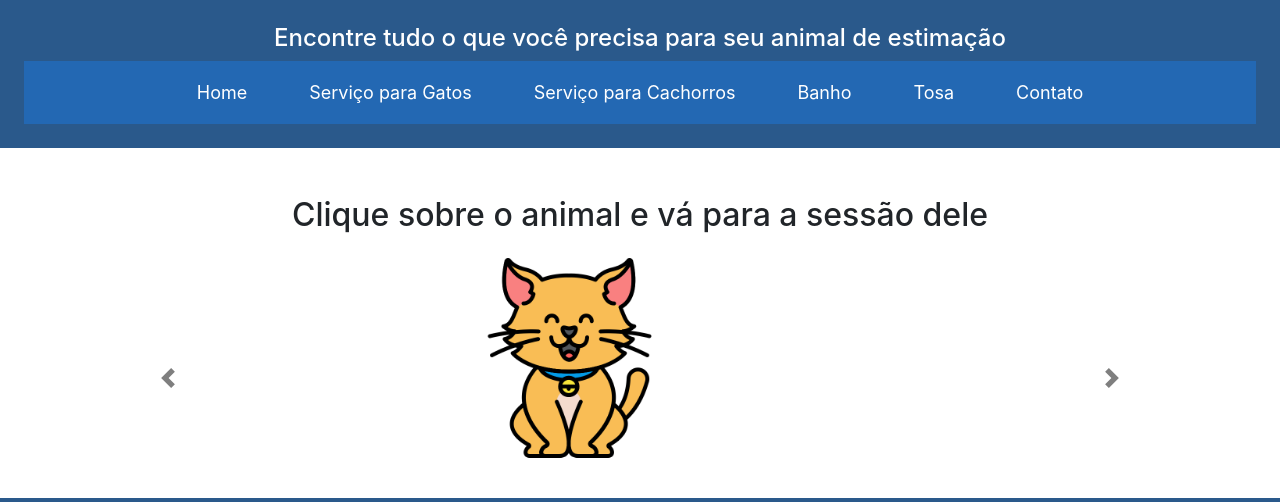
Repository: graeff01/petshop-project
Page: index.html
These files come from the project's save history. The page is drawn as it stood at one moment and after the next save; the edit follows.
The browser window is 1280 px wide. The pictures show the part of the page from y = 0 to 502 px (the page is 1682 px tall before and 1762 px after).
A picture or video elsewhere on the page could not be fetched, so the positions and the page height are approximate.

Above is the page before, as saved 2024-09-18 11:27:27.

### index.html
<!DOCTYPE html>
<html lang="pt-br">
<head>
    <meta charset="UTF-8">
    <meta name="viewport" content="width=device-width, initial-scale=1.0">
    <title>PetShop - Home</title>
    <link rel="stylesheet" href="css/style.css">
    <link href="https://maxcdn.bootstrapcdn.com/bootstrap/4.5.2/css/bootstrap.min.css" rel="stylesheet">
</head>
<body>
    <!-- Cabeçalho com menu de navegação -->
    <header class="blue-background text-center p-4">
        <h1>Encontre tudo o que você precisa para seu animal de estimação</h1>
        <nav>
            <ul class="nav justify-content-center">
                <li class="nav-item">
                    <a class="nav-link active" href="index.html">Home</a>
                </li>
                <li class="nav-item">
                    <a class="nav-link" href="gato.html">Serviço para Gatos</a>
                </li>
                <li class="nav-item">
                    <a class="nav-link" href="dog.html">Serviço para Cachorros</a>
                </li>
                <li class="nav-item">
                    <a class="nav-link" href="banho.html">Banho</a>
                </li>
                <li class="nav-item">
                    <a class="nav-link" href="tosa.html">Tosa</a>
                </li>
                <li class="nav-item">
                    <a class="nav-link" href="contato.html">Contato</a>
                </li>
            </ul>
        </nav>
    </header>


<!-- Seção com título explicativo -->
<section class="carousel-section container mt-5">
    <h2 class="text-center mb-4">Clique sobre o animal e vá para a sessão dele</h2> <!-- Título centralizado -->

    <!-- Carrossel de Imagens -->
    <div id="carouselExampleIndicators" class="carousel slide" data-ride="carousel">
        <div class="carousel-inner">
            <div class="carousel-item active">
                <a href="gato.html">
                    <img class="d-block w-100" src="img/cat.png" alt="Primeira imagem">
                </a>
            </div>
            <div class="carousel-item">
                <a href="dog.html">
                    <img class="d-block w-100" src="img/dog.png" alt="Segunda imagem">
                </a>
            </div>
        </div>
        <a class="carousel-control-prev" href="#carouselExampleIndicators" role="button" data-slide="prev">
            <span class="carousel-control-prev-icon" aria-hidden="true"></span>
            <span class="sr-only">Previous</span>
        </a>
        <a class="carousel-control-next" href="#carouselExampleIndicators" role="button" data-slide="next">
            <span class="carousel-control-next-icon" aria-hidden="true"></span>
            <span class="sr-only">Next</span>
        </a>
    </div>
</section>


    <!-- Seção de Fidelidade -->
    <section class="membership text-center p-4">
        <div class="membership-content d-flex align-items-center justify-content-center">
            <div class="membership-text text-center">
                <h3>Torne-se um membro<br>E obtenha desconto</h3>
                <a href="cliente.html" class="btn btn-dark">Virar Membro</a>
            </div>
            <div class="membership-image">
                <img src="img/fidelidade.jpg" alt="Gift" class="img-fluid">
            </div>
        </div>
    </section>

    <!-- Conselhos -->
    <main class="container mt-5">
        <div class="advice-section d-flex justify-content-center align-items-center">
            <div class="advice-text text-center">
                <h2>Alguns bons conselhos para cuidar de seu animal de estimação</h2><br><br>
                <p><strong>Paciência e compreensão:</strong> entenda que os animais de estimação têm suas personalidades. Seja paciente, especialmente durante o treinamento.</p> <br>
                <p><strong>Eduque-se:</strong> Aprenda sobre a raça, os comportamentos e os requisitos de saúde específicos de seu animal de estimação.</p><br>
                <p><strong>Preparação para emergências:</strong> Familiarize-se com a localização da clínica veterinária de emergência mais próxima.</p><br>
                <p><strong>Reforço positivo:</strong> Aprenda técnicas de reforço positivo.</p>
            </div>
            <div class="advice-image text-center">
                <img src="img/dogg.png" alt="Dog Advice" class="img-fluid">
            </div>
        </div>
    </main>

    <!-- Rodapé com informações de contato -->
    <footer class="footer mt-5 p-4 bg-light text-center">
        <div class="footer-container">
            <div class="footer-left">
                <img src="img/logo.png" alt="PetShop Logo" class="footer-logo">
            </div>
            <div class="footer-center">
                <ul class="footer-links">
                    <li><a href="index.html">Home</a></li>
                    <li><a href="gato.html">Gato</a></li>
                    <li><a href="dog.html">Cachorro</a></li>
                    <li><a href="banho.html">Banho</a></li>
                    <li><a href="tosa.html">Tosa</a></li>
                    <li><a href="contato.html">Contato</a></li>
                </ul>
            </div>
            <div class="footer-right">
                <p>Contato: (11) 1234-5678 | contato@petshop.com</p>
                <p>Autor: Douglas - Projeto Web</p>
                <div class="social-icons">
                    <a href="#"><img src="img/face.png" alt="Facebook"></a>
                    <a href="#"><img src="img/insta.png" alt="Instagram"></a>
                    <a href="#"><img src="img/x.png" alt="Twitter"></a>
                </div>
            </div>
        </div>
    </footer>

    <script src="https://code.jquery.com/jquery-3.5.1.slim.min.js"></script>
    <script src="https://cdn.jsdelivr.net/npm/@popperjs/core@2.9.2/dist/umd/popper.min.js"></script>
    <script src="https://maxcdn.bootstrapcdn.com/bootstrap/4.5.2/js/bootstrap.min.js"></script>
</body>
</html>

### css/style.css
/* Estilos globais */
body {
    font-family: Arial, sans-serif;
    margin: 0;
    padding: 0;
}

/* Cabeçalho */
header.blue-background {
    background-color: #2a598b;
    color: white;
    padding: 20px 0;
    text-align: center;
    width: 100%;
    box-sizing: border-box;
}

header.blue-background h1 {
    font-size: 24px;
}

nav ul {
    padding: 0;
    margin: 0;
    list-style-type: none;
    display: flex;
    justify-content: center;
    background-color: #2368b3;
    padding: 10px 0;
}

nav ul li {
    margin: 0 15px;
}

nav ul li a {
    color: rgb(255, 255, 255);
    text-decoration: none;
    font-size: 18px;
    transition: color 0.3s ease;
}

nav ul li a:hover {
    color: #ffd700;
}

/* Barra de busca */
.search-bar {
    padding: 10px;
    font-size: 16px;
    width: 50%;
    margin: 20px auto;
    border-radius: 20px;
    border: 2px solid #ffffff;
    transition: all 0.3s ease;
}

.search-bar:focus {
    border-color: #e61212;
    outline: none;
}

/* Carrossel */
.carousel-item img {
    max-height: 300px;
    max-width: 200px;
    margin-left: 450px;
    object-fit: cover;
    margin-bottom: 40px;
}

/* Alterar a cor usando filter */
.carousel-control-prev-icon,
.carousel-control-next-icon {
    filter: invert(100%) sepia(100%) saturate(0%) hue-rotate(0deg) brightness(100%) contrast(100%);
    /* Modifique `invert` e outros valores para ajustar a cor */
}

/* Seção de Membros */
section.membership {
    background-color: #2a598b;
    padding: 60px 0;
    text-align: center;
    width: 100%;
    box-sizing: border-box;
}

.membership-content {
    background-color: #fff;
    border: 1px solid #000000ee;
    border-radius: 20px;
    padding: 20px;
    display: flex;
    align-items: center;
    text-align: left;
    max-width: 900px;
    margin: auto;
}

.membership-text {
    margin-right: 20px;
    text-align: center;
}

.membership-text h3 {
    font-size: 35px;
    margin-bottom: 10px;
}

.membership-image {
    flex: 1;
    text-align: center;
}

.membership-image img {
    max-width: 500px;
    height: auto;
    border-radius: 20px;
}

/* Seção de conselhos */
.advice-section {
    display: flex;
    justify-content: space-between;
    align-items: center;
    padding: 20px 0;
}

.advice-text {
    flex: 1;
    margin-left: 80px;
}

.advice-text h2 {
    color: #2a598b;
}

.advice-text p {
    font-size: 15px;
    margin-right: 10px;
    margin-bottom: 10px;
}

.advice-image {
    flex: 1;
    margin-left: 20px;
}

.advice-image img {
    max-width: 100%;
    height: 500px;
    border-radius: 20px;
}

/* Rodapé */
.footer {
    background-color: #d5d7d8;
    padding: 20px 0;
    color: white;
    text-align: center;
    width: 100%;
}

.footer-container {
    display: flex;
    justify-content: space-between;
    align-items: center;
    max-width: 1200px;
    margin: 0 auto;
    padding: 0 20px;
    box-sizing: border-box;
}

.footer-left img {
    width: 100px;
}

.footer-center {
    flex: 1;
}

.footer-links {
    list-style-type: none;
    padding: 0;
    margin: 0;
    display: flex;
    justify-content: center;
}

.footer-links li {
    margin: 0 10px;
}

.footer-links a {
    color: rgb(35, 111, 197);
    text-decoration: none;
    font-size: 16px;
}

.footer-links a:hover {
    text-decoration: underline;
}

.footer-right .social-icons {
    display: flex;
    justify-content: center;
}

.footer-right .social-icons a {
    margin: 0 10px;
}

.footer-right .social-icons img {
    width: 30px;
    height: 30px;
}

After the next save:
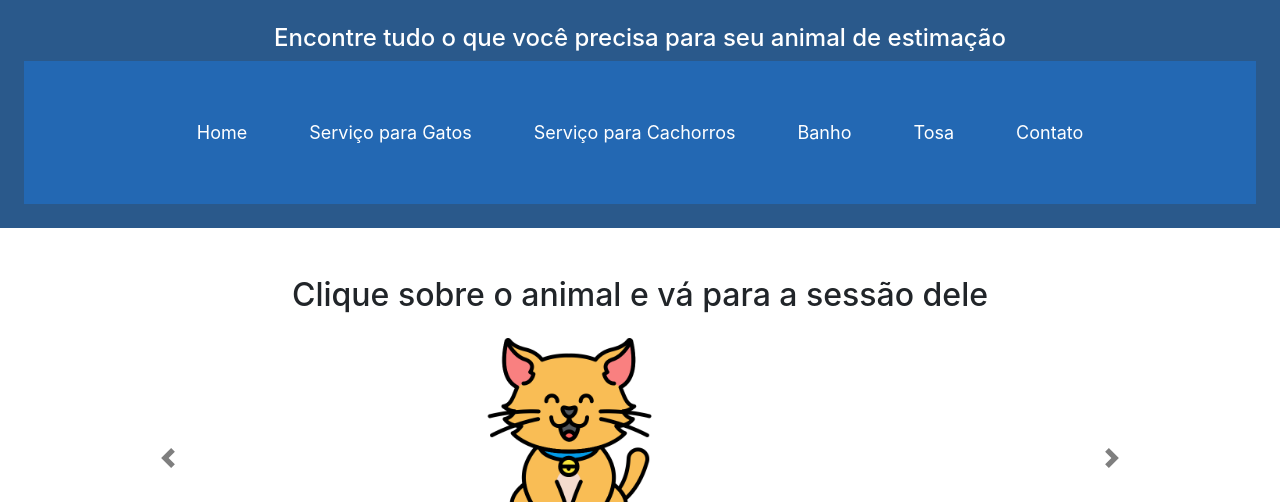
Saved 11 s later.
--- a/css/style.css
+++ b/css/style.css
@@ -26,7 +26,7 @@ nav ul {
     display: flex;
     justify-content: center;
     background-color: #2368b3;
-    padding: 10px 0;
+    padding: 50px 0;
 }
 
 nav ul li {
